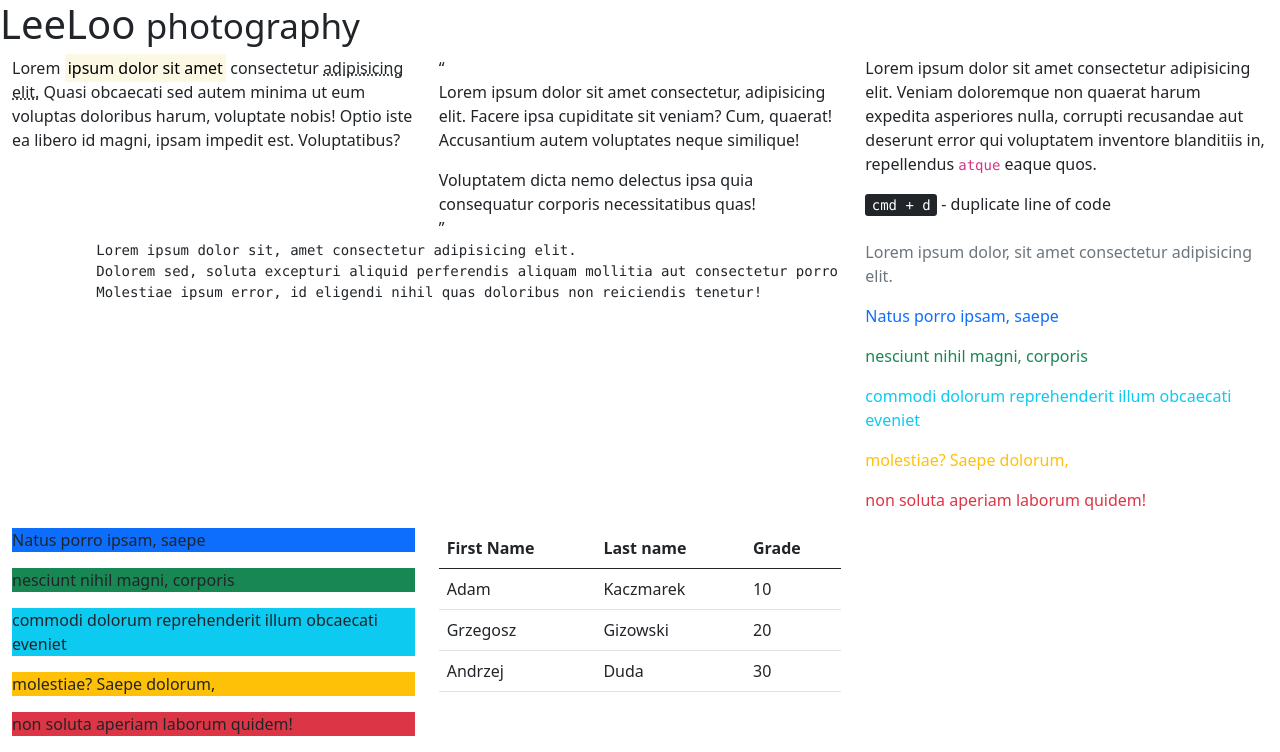
Repository: Zyzik-33/bootstrap-test
Page: index.html
An editor plug-in stored every save of this project. The page is shown before and after the next save, followed by the edit.
The browser window is 1280 px wide. The pictures show the whole page.

Above is the page before, as saved 2021-01-27 15:52:38.

### index.html
<!DOCTYPE html>
<html lang="en">
<head>
  <title>LeeLoo</title>
  <meta charset="UTF-8">
  <meta name="viewport" content="width=device-width, initial-scale=1.0">
  <link href="https://cdn.jsdelivr.net/npm/bootstrap@5.0.0-beta1/dist/css/bootstrap.min.css" rel="stylesheet" integrity="sha384-giJF6kkoqNQ00vy+HMDP7azOuL0xtbfIcaT9wjKHr8RbDVddVHyTfAAsrekwKmP1" crossorigin="anonymous">
  <script src="https://ajax.googleapis.com/ajax/libs/jquery/3.5.1/jquery.min.js"></script>
  <script src="https://cdn.jsdelivr.net/npm/bootstrap@5.0.0-beta1/dist/js/bootstrap.bundle.min.js" integrity="sha384-ygbV9kiqUc6oa4msXn9868pTtWMgiQaeYH7/t7LECLbyPA2x65Kgf80OJFdroafW" crossorigin="anonymous"></script>
</head>
<body>
  <h1>LeeLoo <small>photography</small> </h1>
  <div class="container-fluid">

    <div class="row">
      <div class="col-lg-4">Lorem <mark>ipsum dolor sit amet</mark> consectetur <abbr title="Explanation">adipisicing elit.</abbr> Quasi obcaecati sed autem minima ut eum voluptas doloribus harum, voluptate nobis! Optio iste ea libero id magni, ipsam impedit est. Voluptatibus?</div>
      <div class="col-lg-4">
        <q cite="http://developer.mozilla.org">
          <p>
            Lorem ipsum dolor sit amet consectetur, adipisicing elit. Facere ipsa cupiditate sit veniam? Cum, quaerat!
             Accusantium autem voluptates neque similique!
          </p>
          <footer>
            Voluptatem dicta nemo delectus ipsa quia consequatur corporis necessitatibus quas!
          </footer>
        </q>
      </div>
      <div class="col-lg-4">
        <blockquote class="blockquote-reverse">
          <p>
            Lorem ipsum dolor sit amet consectetur adipisicing elit.
            Veniam doloremque non quaerat harum expedita asperiores nulla,
            corrupti recusandae aut deserunt error qui voluptatem inventore
            blanditiis in, repellendus <code>atque</code> eaque quos.
          </p>
          <footer><kbd>cmd + d</kbd> - duplicate line of code</footer>
        </blockquote>
      </div>
    </div>
    <div class="row">
      <div class="col-lg-8">
        <pre>
          Lorem ipsum dolor sit, amet consectetur adipisicing elit.
          Dolorem sed, soluta excepturi aliquid perferendis aliquam mollitia aut consectetur porro.
          Molestiae ipsum error, id eligendi nihil quas doloribus non reiciendis tenetur!
        </pre>
      </div>
      <div class="col-lg-4">
       <p class="text-muted"> Lorem ipsum dolor, sit amet consectetur adipisicing elit.</p>
       <p class="text-primary">Natus porro ipsam, saepe</p>
       <p class="text-success">nesciunt nihil magni, corporis</p>
       <p class="text-info">commodi dolorum reprehenderit illum obcaecati eveniet</p>
       <p class="text-warning">molestiae? Saepe dolorum,</p>
       <p class="text-danger">non soluta aperiam laborum quidem!</p>
      </div>
    </div>
    <div class="row">
      <div class="col-lg-4">
       <p class="bg-primary">Natus porro ipsam, saepe</p>
       <p class="bg-success">nesciunt nihil magni, corporis</p>
       <p class="bg-info">commodi dolorum reprehenderit illum obcaecati eveniet</p>
       <p class="bg-warning">molestiae? Saepe dolorum,</p>
       <p class="bg-danger">non soluta aperiam laborum quidem!</p>
      </div>
      <div class="col-lg-4">
        <table class="table table-hover">
          <!-- table-striped, table-bordered, table-hover -->
          <thead>
            <tr>
              <th scope="col">First Name</th>
              <th scope="col">Last name</th>
              <th scope="col">Grade</th>
            </tr>
          </thead>
          <tbody>
            <tr>
              <td scope="row">Adam</td>
              <td>Kaczmarek</td>
              <td>10</td>
            </tr>
            <tr>
              <td scope="row">Grzegosz</td>
              <td>Gizowski</td>
              <td>20</td>
            </tr>
            <tr>
              <td scope="row">Andrzej</td>
              <td>Duda</td>
              <td>30</td>
            </tr>
          </tbody>
        </table>
      </div>
      <div class="col-lg-4"></div>
    </div>
  </div>
</body>
</html>

After the next save:
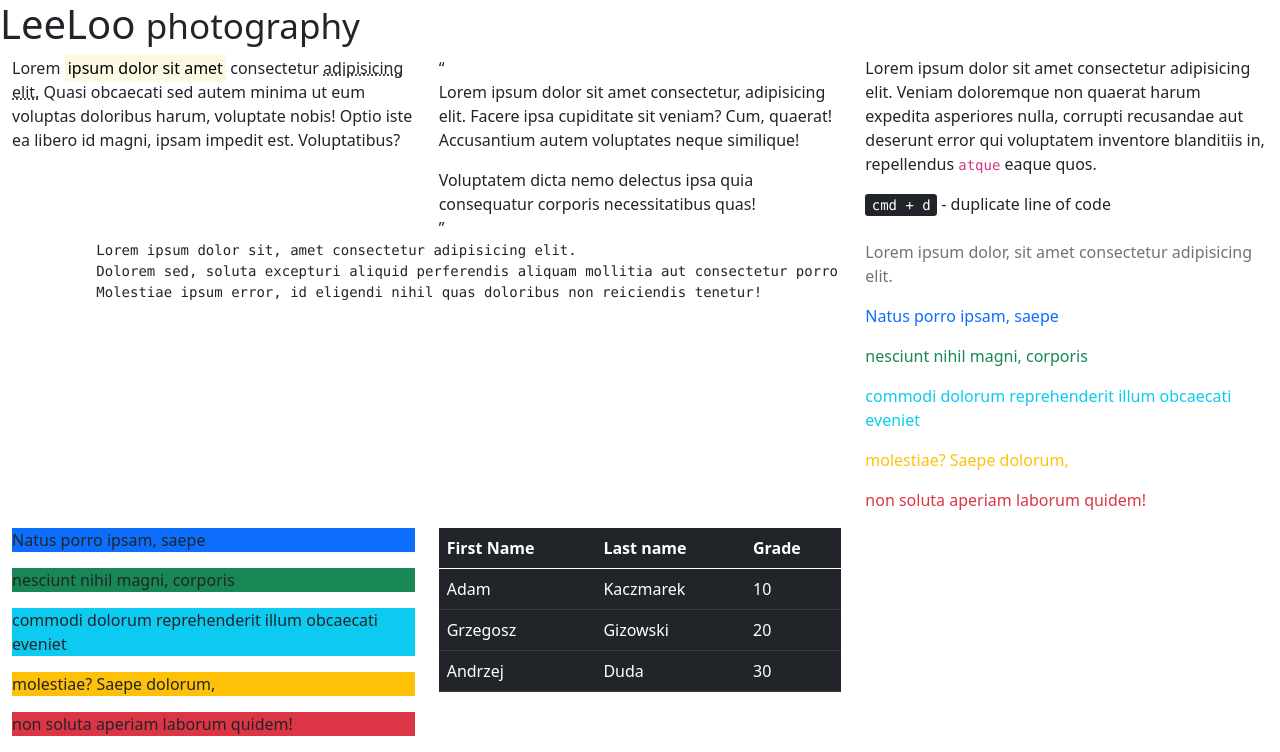
Saved 68 s later.
--- a/index.html
+++ b/index.html
@@ -63,7 +63,7 @@
        <p class="bg-danger">non soluta aperiam laborum quidem!</p>
       </div>
       <div class="col-lg-4">
-        <table class="table table-hover">
+        <table class="table table-dark">
           <!-- table-striped, table-bordered, table-hover -->
           <thead>
             <tr>

After the save that followed:
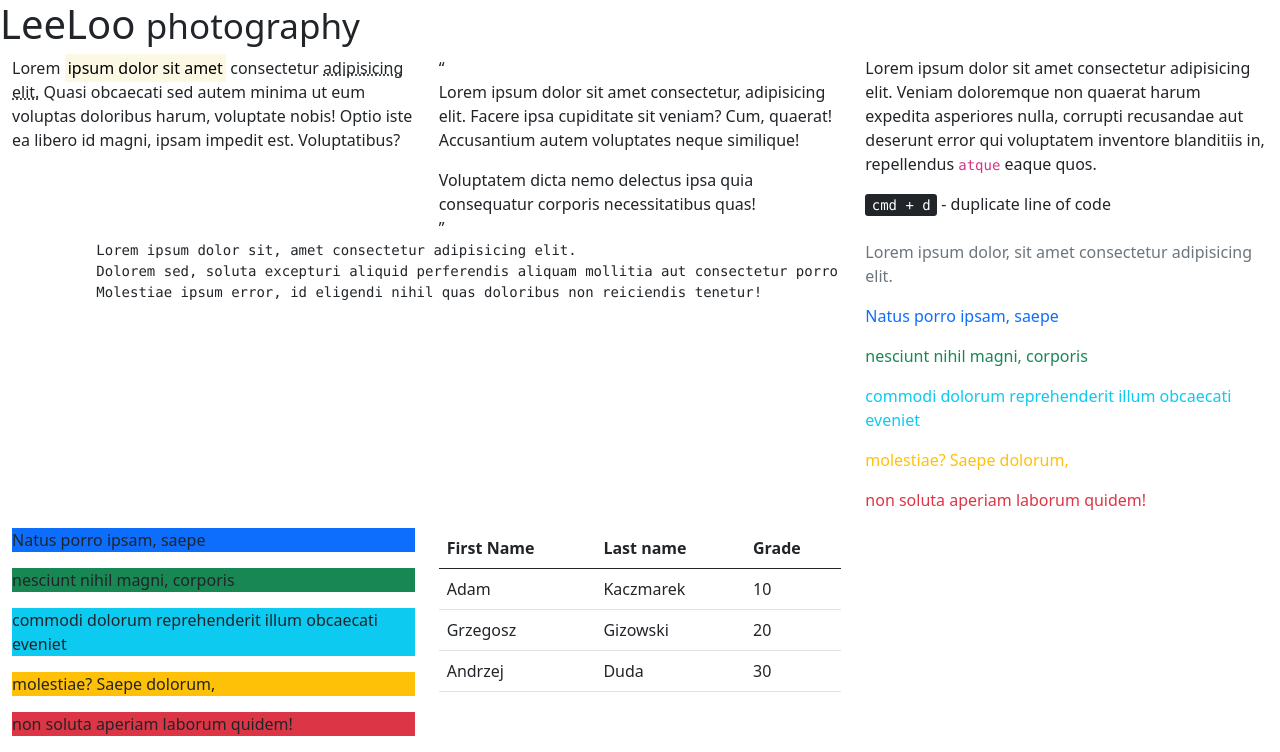
Saved 24 s later.
--- a/index.html
+++ b/index.html
@@ -63,8 +63,8 @@
        <p class="bg-danger">non soluta aperiam laborum quidem!</p>
       </div>
       <div class="col-lg-4">
-        <table class="table table-dark">
-          <!-- table-striped, table-bordered, table-hover -->
+        <table class="table table-hover">
+          <!-- table-striped, table-bordered, table-hover, table-dark -->
           <thead>
             <tr>
               <th scope="col">First Name</th>
